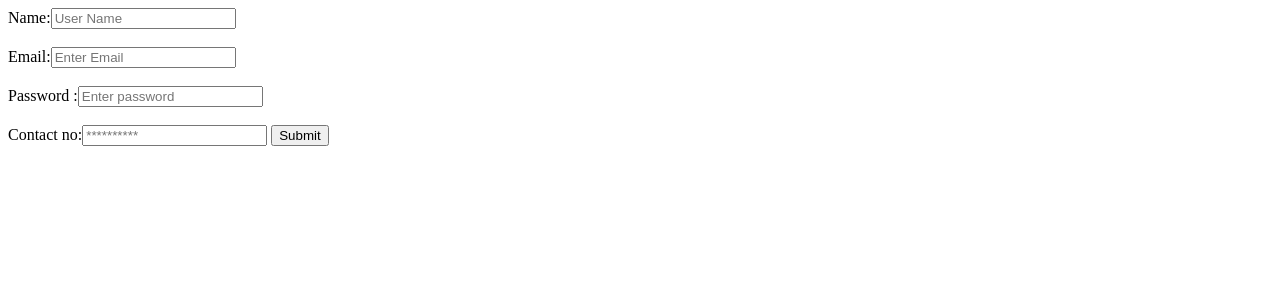
Repository: Ajay9554/javaPrograms
Page: http://localhost/Register/register.jsp
An editor plug-in stored every save of this project. The page is shown before and after the next save, followed by the edit.
The browser window is 1280 px wide. The pictures show the whole page.
The page is served by Tomcat 9. Nobody is signed in. The application's start-up code is not run.

Above is the page before, as saved 2023-10-19 06:14:38.

After the next save:
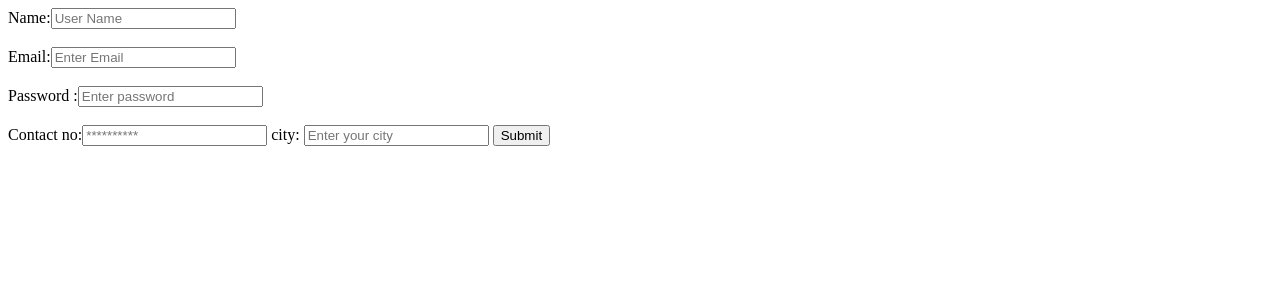
Saved 2 days later.
--- a/eclipse-workspace/aug1pro/Register/src/main/webapp/register.jsp
+++ b/eclipse-workspace/aug1pro/Register/src/main/webapp/register.jsp
@@ -12,8 +12,8 @@
 		Email:<input type="email" name="email" placeholder="Enter Email"><br><br>
 		Password :<input type="password" name="password"placeholder="Enter password"><br><br>
 		 Contact no:<input type="text" name="contact" placeholder="**********">
-
-		<button type="submit">Submit</button>
+         city: <input type="text" name="city" placeholder="Enter your city">
+ 		<button type="submit">Submit</button>
 
 
 	</form>
